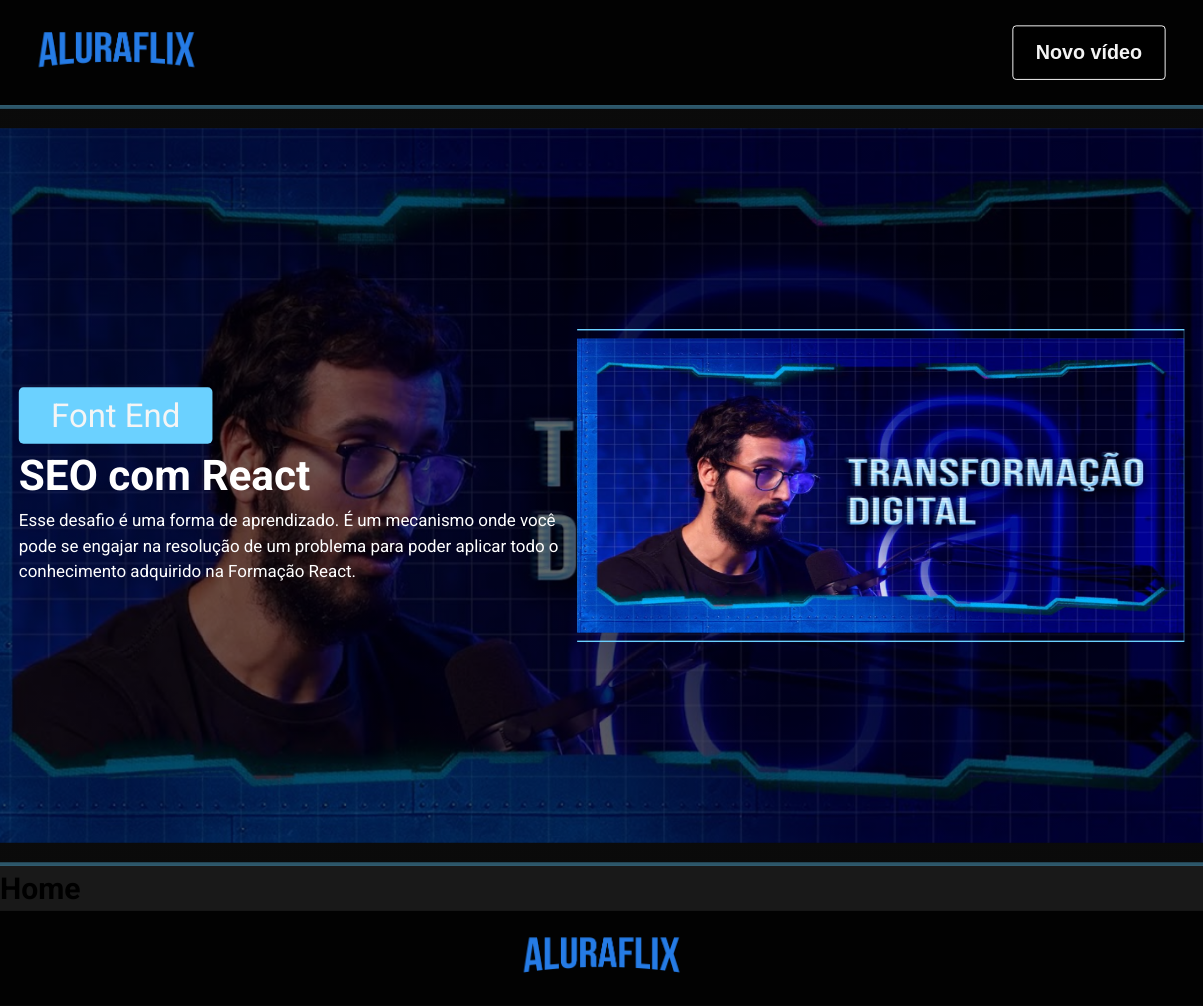
Repository: CarlosEduardoVdeOliveira/aluraflix
Page: /
The author's editor kept a copy of each file at every save. The page is drawn from the files as they stood at one save, then again after the next save.
The browser window is 1280 px wide. The pictures show the whole page, at 94% of full size.
The project was rebuilt for these pictures with package versions that can differ from the ones it lists, and the page was loaded fresh each time. Also part of the build but not shown: vite.config.js, src/pages/RegisterVideo/index.jsx, src/pages/RegisterCategory/index.jsx, src/components/Card/Card.module.css.

Above is the page before, as saved 2023-09-20 13:55:47.

### index.html
<!doctype html>
<html lang="en">
  <head>
    <meta charset="UTF-8" />
    <link rel="preconnect" href="https://fonts.googleapis.com">
    <link rel="preconnect" href="https://fonts.gstatic.com" crossorigin>
    <!-- <link rel="icon" type="image/svg+xml" href="/vite.svg" /> -->
    <meta name="viewport" content="width=device-width, initial-scale=1.0" />
    <link href="https://fonts.googleapis.com/css2?family=Roboto:wght@300;400;500;700&display=swap" rel="stylesheet">
    <title>Alura + Flix</title>
  </head>
  <body>
    <div id="root"></div>
    <script type="module" src="/src/main.jsx"></script>
  </body>
</html>

### src/main.jsx
import React from 'react'
import ReactDOM from 'react-dom/client'
import AppRoutes from './routes'
import './index.css'

ReactDOM.createRoot(document.getElementById('root')).render(
  <React.StrictMode>
    <AppRoutes />
  </React.StrictMode>,
)

### src/routes.jsx
import { BrowserRouter, Route, Routes } from 'react-router-dom'
import PageBase from './pages/pageBase'
import Home from './pages/Home/Home'
import { ThemeProvider } from '@mui/material'
import { theme } from './'
import RegisterVideo from './pages/RegisterVideo'
import RegisterCategory from './pages/RegisterCategory'


export default function AppRoutes() {
  return (
    <BrowserRouter>
      <ThemeProvider theme={theme}>
        <Routes>
          <Route path='/' element={<PageBase />}>
            <Route index element={<Home />}></Route>
            <Route path='register-video' element={<RegisterVideo />}></Route>
            <Route path='register-category' element={<RegisterCategory />}></Route>
          </Route>
        </Routes>
      </ThemeProvider>
    </BrowserRouter>
  )
}

### src/index.css
:root {
  --gray-100: #F5F5F5;
  --gray-150: #E5E5E5;
  --gray-500: #191919;
  --blue-500: #2A7AE4;
  font-family: 'Roboto', sans-serif;
  line-height: 1.5;
  font-weight: 400;
  font-size: 1rem;
  font-synthesis: none;
  text-rendering: optimizeLegibility;
  -webkit-font-smoothing: antialiased;
  -moz-osx-font-smoothing: grayscale;
  -webkit-text-size-adjust: 100%;
}
*{
  box-sizing: border-box;
  margin: 0;
  padding: 0;
  scroll-behavior: smooth;
}
body{
  background-color: var(--gray-500);
}
a {
  text-decoration: none;
  transiton: .5s all ease-out;
}

button{
  cusor: pointer;
  transiton: .5s all ease-out;
}

### src/pages/pageBase/index.jsx
import { Banner } from '../../components/Banner';
import Footer from '../../components/Footer';
import Header from '../../components/Header'
import { Outlet } from "react-router-dom";
import { useLocation } from 'react-router-dom';


export default function PageBase() {
  const location = useLocation()
  return (
    <main>
      <Header button={location.pathname === '/'} />
      <Banner banner={location.pathname === '/'} />
      <Outlet />
      <Footer />
    </main>
  )
}

### src/pages/Home/Home.jsx

function Home() {

  return (
    <>
      <h1>Home</h1>
    </>
  )
}

export default Home

### src/index.js
import { createTheme } from '@mui/material/styles';

export const theme = createTheme({
  palette: {
    primary: {
      main: '#2A7AE4',
      light: '#6BD1FF',
      dark: '#002884',
      contrastText: '#fff',
    },
    secondary: {
      light: '#ff7961',
      main: '#f44336',
      dark: '#ba000d',
      contrastText: '#000',
    },
  },
});

### src/components/Banner/index.jsx
import styles from './Banner.module.css'
import bannerImage from '../../../public/banner.png'
import TitleCategory from '../TitleCategory';
// eslint-disable-next-line react/prop-types
export function Banner({banner}){
  return(
    <>
      {
        banner && (
        <div className={styles.container}>
          <div className={styles.content}>
            <TitleCategory
              bgColor="#6BD1FF"
              color="#f5f5f5"
            >
              Font End
            </TitleCategory>
            <h5 >
              SEO com React
            </h5>
            <p>
              Esse desafio é uma forma de aprendizado.
              É um mecanismo onde você pode se engajar na resolução de um problema
              para poder aplicar todo o conhecimento adquirido na Formação React.
            </p>
          </div>
          <img src={bannerImage} alt='Imagem do SEO da alura, '/>
        </div>
        )
      }
    </>
  );
}

### src/components/Footer/index.jsx
import { Link } from 'react-router-dom'
import logo from '../../assets/logo.png'
import styles from './Footer.module.css'
function Footer() {
  return (
    <footer className={styles.container}>
      <Link to='/'>
        <img src={logo} alt="Logo do aluraflix" />
      </Link>
    </footer>
  )
}

export default Footer

### src/components/Header/index.jsx
/* eslint-disable react/prop-types */
// eslint-disable-next-line no-unused-vars
import React from 'react';

import logo from '../../assets/logo.png'
import styles from './Header.module.css'
import { Link } from 'react-router-dom';
import Button from '../Button';


const Header = ({button}) => {

  return (
    <header className={styles.container}>
      <Link to="/">
        <img src={logo} alt='Logo do aluraflix' />
      </Link>
      {button &&
        <Link to="/register-video">
          <Button
            bgColor="#000"
            borderColor="1px solid #FFF"
            color="#F5f5f5"
          >
            Novo vídeo
          </Button>
        </Link>
      }
    </header>
  )
}

export default Header

### src/components/Banner/Banner.module.css
.container{
  background: linear-gradient(rgba(0, 0, 0, 0.59), rgba(0, 0, 0, 0.59)),
  url(../../../public/banner.png) center / cover no-repeat;
  width: 100%;
  height: 50.563rem;
  display: flex;
  justify-content: center;
  align-items: center;
  gap: 10px;
  padding: 20px;
}
.container img{
  width: 646px;
  height: 333.582px;
  flex-shrink: 0;
}
.content{
  color: #FFF;
}
.content h5{
  font-size: 45px;
}
.content p{
  font-size: 18px;
}

### src/components/TitleCategory/index.jsx
import styles from "./TitleCategory.module.css"
// eslint-disable-next-line react/prop-types
function TitleCategory({children, bgColor, color}) {
  return(
    <div
      className={styles.container}
      style={{
        backgroundColor: bgColor,
        color: color
      }}
    >
      {children}
    </div>
  )
}

export default TitleCategory

### src/components/Footer/Footer.module.css
.container{
  display: flex;
  align-items: center;
  justify-content: center;
  padding: 1.688rem 2.5rem;
  background-color: rgba(0, 0, 0, 0.9);
}

.container img{
  width: 168.45px;
  height: 40px;
}

### src/components/Header/Header.module.css
.container{
  display: flex;
  justify-content: space-between;
  align-items: center;
  padding: 1.688rem 2.5rem;
  background-color: rgba(0, 0, 0, 0.9);
}

.container img{
  width: 168.45px;
  height: 40px;
}

### src/components/Button/index.jsx
import styles from './Button.module.css'
// eslint-disable-next-line react/prop-types
function Button({children, bgColor, borderColor, color}) {
  return(
    <button className={styles.button}
      style={{
        background:bgColor,
        border:borderColor,
        color:color
      }}
    >
      {children}
    </button>
  )
}

export default Button

### src/components/TitleCategory/TitleCategory.module.css
.container{
  width: 206px;
  height: 60px;
  padding: 5px;
  text-align: center;
  border-radius: 5px;
  font-size: 35px;
}

### src/components/Button/Button.module.css
.button{
  color: #FFF;
  text-align: center;
  padding: 1rem 1.5rem;
  border-radius: .25rem;
  font-size: 21px;
  font-style: normal;
  font-weight: 600;
  cursor: pointer;
  line-height: 24px;
  transition: all .5s ease-in-out;
}

.button:hover{
  opacity: 0.5;
}

### src/components/Card/index.jsx
import { Link } from 'react-router-dom'
import styles from './Card.module.css'
import {img} from '../../assets/image.png'
// eslint-disable-next-line react/prop-types
export default function Card({border}) {
  return (
    <section className={styles.container}>
      <Link style={{border:border}}>
        <img src={img} alt="teste" />
      </Link>
    </section>
  )
}

After the next save:
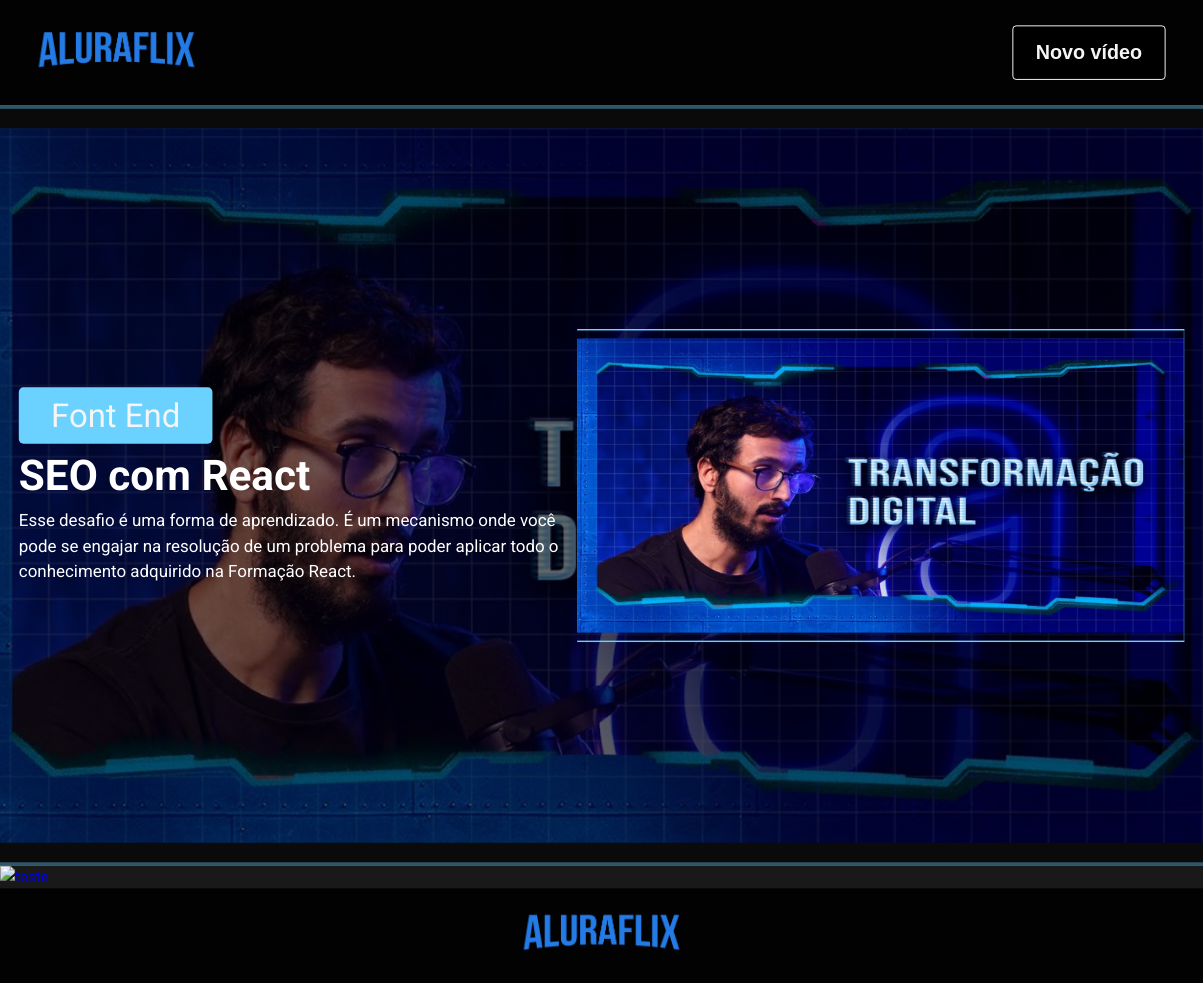
Saved 35 s later.
--- a/src/pages/Home/Home.jsx
+++ b/src/pages/Home/Home.jsx
@@ -1,10 +1,9 @@
+import Card from "../../components/Card";
 
 function Home() {
 
   return (
-    <>
-      <h1>Home</h1>
-    </>
+      <Card />
   )
 }
 
